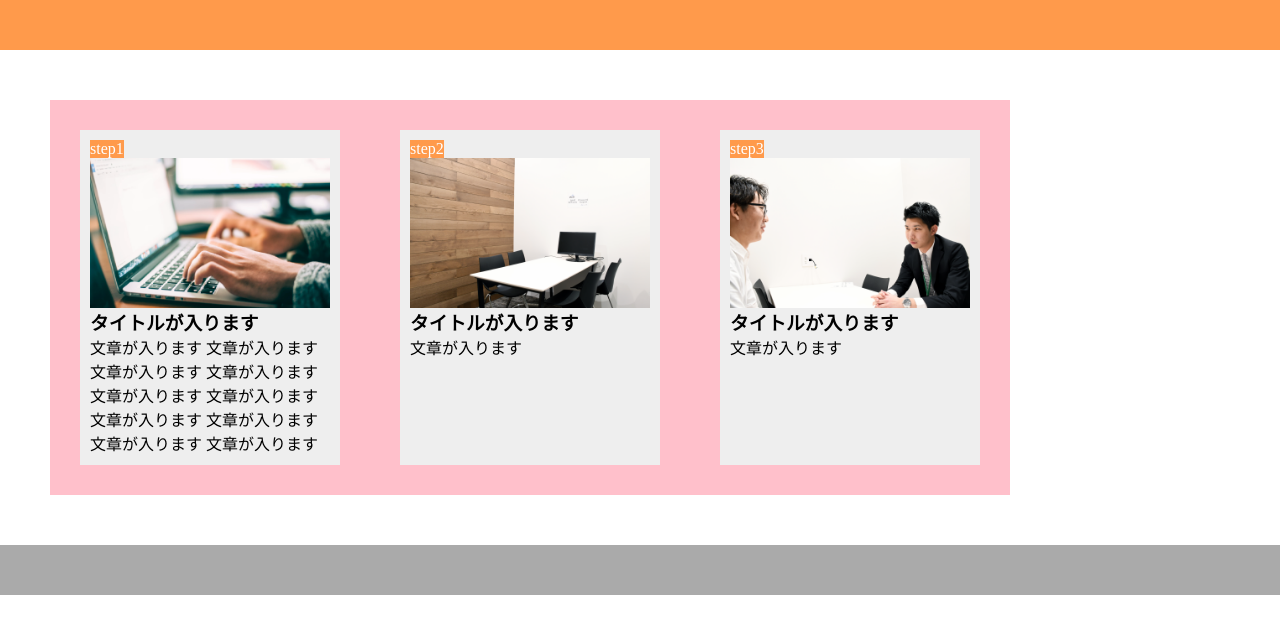
Repository: shizuki-okuma/dmm-webcamp
Page: chapter9_exercise/chapter9_exercise.html
The author's editor kept a record of every edit. The page is drawn from the files as they stood at one moment, then again after the next edit.
The browser window is 1280 px wide. The pictures show the whole page.

Above is the page before.

After the next edit:
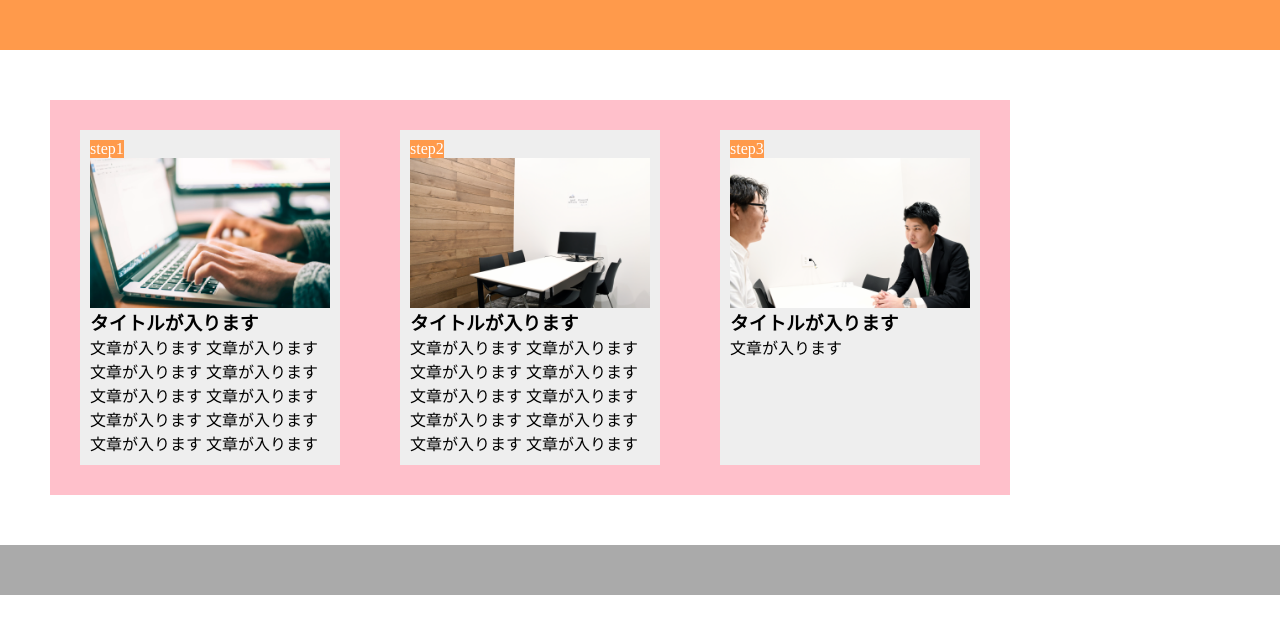
The edit:
--- a/chapter9_exercise/chapter9_exercise.html
+++ b/chapter9_exercise/chapter9_exercise.html
@@ -21,7 +21,7 @@
         <div class="icon">step2</div>
         <div class="image2"></div>
         <h3>タイトルが入ります</h3>
-        <p>文章が入ります</p>
+        <p>文章が入ります 文章が入ります 文章が入ります 文章が入ります 文章が入ります 文章が入ります 文章が入ります 文章が入ります 文章が入ります 文章が入ります </p>
       </div>
 
       <div class="main-box3">
